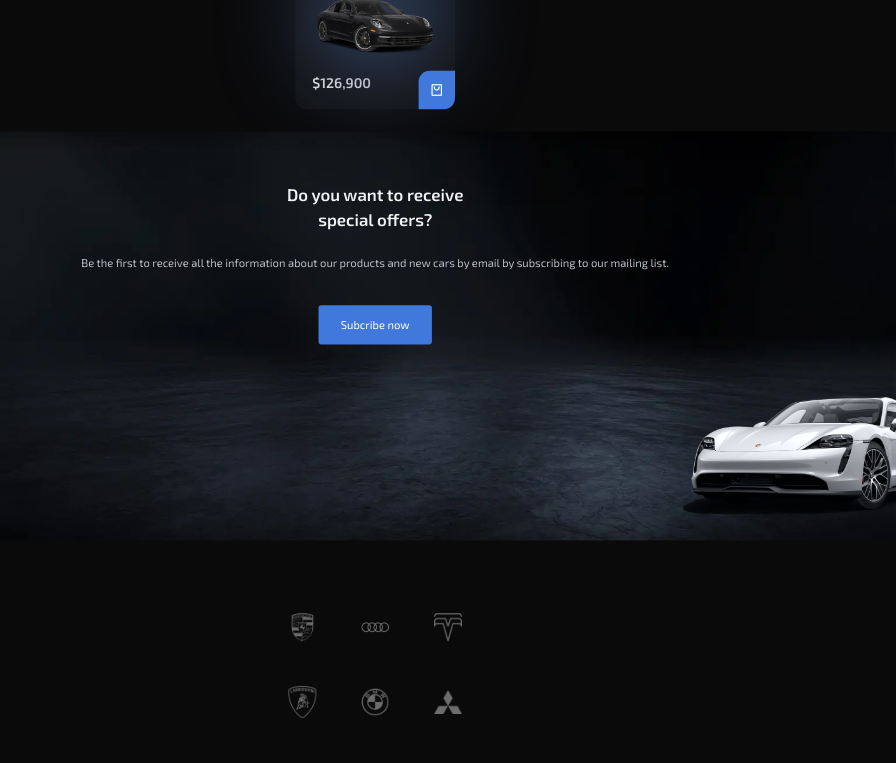
Repository: theweirdboiz/Car-rental
Page: index.html
The author's editor kept a copy of each file at every save. The page is drawn from the files as they stood at one save, then again after the next save.
The browser window is 1280 px wide. The pictures show the part of the page from y = 4250 to 6170 px (the page is 5340 px tall before and 6170 px after), at 70% of full size.

Above is the page before, as saved 2022-08-27 20:07:45.

### index.html
<!DOCTYPE html>
<html lang="en">
  <head>
    <meta charset="UTF-8" />
    <meta http-equiv="X-UA-Compatible" content="IE=edge" />
    <meta name="viewport" content="width=device-width, initial-scale=1.0" />
    <!-- FAVICON -->
    <link
      rel="shortcut icon"
      href="./assets/img/favicon.png"
      type="image/x-icon"
    />
    <!-- REMIX ICON -->
    <link
      href="https://cdn.jsdelivr.net/npm/remixicon@2.5.0/fonts/remixicon.css"
      rel="stylesheet"
    />
    <title>Car rental website</title>
    <!-- SWIPER CSS -->
    <link rel="stylesheet" href="./assets/css/swiper-bundle.min.css" />
    <link rel="stylesheet" href="./assets/css/main.css" />
  </head>
  <body>
    <header class="header" id="header">
      <nav class="nav container">
        <a href="" class="nav__logo">
          <i class="ri-steering-line"></i>
          Elcar
        </a>
        <div class="nav__menu" id="nav__menu">
          <ul class="nav__list">
            <li class="nav__item">
              <a href="#home" class="nav__link">Home</a>
            </li>
            <li class="nav__item">
              <a href="#about" class="nav__link">About</a>
            </li>
            <li class="nav__item">
              <a href="#popular" class="nav__link">Popular</a>
            </li>
            <li class="nav__item">
              <a href="#featured" class="nav__link">Featured</a>
            </li>
          </ul>
          <div class="nav__close" id="nav__close">
            <i class="ri-close-line"></i>
          </div>
        </div>
        <!-- Toggle button -->
        <div class="nav__toggle" id="nav__toggle">
          <i class="ri-menu-line"></i>
        </div>
      </nav>
    </header>
    <main class="main">
      <!-- Home -->
      <section class="home section" id="home">
        <div class="shape shape__big"></div>
        <div class="shape shape__small"></div>
        <div class="home__container container grid">
          <div class="home__data">
            <h1 class="home__title">Choose the best car</h1>
            <h2 class="home__subtitle">Porsche mission e</h2>
            <h3 class="home__elec">
              <i class="ri-flashlight-fill"></i>
              Electric car
            </h3>
          </div>
          <img src="./assets/img/home.png" alt="" class="home__img" />
          <div class="home__car">
            <div class="home__car-data">
              <div class="home__car-icon">
                <i class="ri-temp-cold-line"></i>
              </div>
              <h2 class="home__car-number">24</h2>
              <h3 class="home__car-name">Temperature</h3>
            </div>
            <div class="home__car-data">
              <div class="home__car-icon">
                <i class="ri-dashboard-3-line"></i>
              </div>
              <h2 class="home__car-number">873</h2>
              <h3 class="home__car-name">mileage</h3>
            </div>
            <div class="home__car-data">
              <div class="home__car-icon">
                <i class="ri-flashlight-fill"></i>
              </div>
              <h2 class="home__car-number">94%</h2>
              <h3 class="home__car-name">battery</h3>
            </div>
          </div>
          <a href="#" class="home__button">Start</a>
        </div>
      </section>
      <section class="about section" id="about">
        <div class="about__container container grid">
          <div class="about__group">
            <img src="./assets/img/about.png" alt="" class="about__img" />
            <div class="about__card">
              <h3 class="about__card-title">2500+</h3>
              <p class="about__card-description">
                Supercharges placed along popular routes
              </p>
            </div>
          </div>
          <div class="about__data">
            <h2 class="section__title about__title">
              Machines with <br />
              future technology
            </h2>
            <p class="about__description">
              See the future with high-performance electric cars produced by
              renowned brands. They feature futuristic builds and designs with
              new and innovative platforms that last a long time.
            </p>
            <a class="button">Know more</a>
          </div>
        </div>
      </section>
      <section class="popular section" id="popular">
        <h2 class="section__title">
          Choose your electric car <br />
          of the porsche brand
        </h2>
        <div class="popular__container container swiper">
          <div class="swiper-wrapper">
            <article class="popular__card swiper-slide">
              <div class="shape shape__smaller"></div>
              <h1 class="popular__title">Porsche</h1>
              <h3 class="popular__subtitle">Turbo S</h3>
              <img
                src="./assets/img/popular1.png"
                alt=""
                class="popular__img"
              />
              <div class="popular__data">
                <div class="popular__data-group">
                  <i class="ri-dashboard-3-line"></i> 3.7 sec
                </div>
                <div class="popular__data-group">
                  <i class="ri-funds-box-line"></i> 356 km/h
                </div>
                <div class="popular__data-group">
                  <i class="ri-charging-pile-2-line"></i> electric
                </div>
              </div>
              <h3 class="popular__price">$175,900</h3>
              <button class="button popular__button">
                <i class="ri-shopping-bag-2-line"></i>
              </button>
            </article>
            <article class="popular__card swiper-slide">
              <div class="shape shape__smaller"></div>
              <h1 class="popular__title">Porsche</h1>
              <h3 class="popular__subtitle">Taycan</h3>
              <img
                src="./assets/img/popular2.png"
                alt=""
                class="popular__img"
              />
              <div class="popular__data">
                <div class="popular__data-group">
                  <i class="ri-dashboard-3-line"></i> 3.7 sec
                </div>
                <div class="popular__data-group">
                  <i class="ri-funds-box-line"></i> 356 km/h
                </div>
                <div class="popular__data-group">
                  <i class="ri-charging-pile-2-line"></i> electric
                </div>
              </div>
              <h3 class="popular__price">$114,900</h3>
              <button class="button popular__button">
                <i class="ri-shopping-bag-2-line"></i>
              </button>
            </article>
            <article class="popular__card swiper-slide">
              <div class="shape shape__smaller"></div>
              <h1 class="popular__title">Porsche</h1>
              <h3 class="popular__subtitle">Turbo S Cross</h3>
              <img
                src="./assets/img/popular3.png"
                alt=""
                class="popular__img"
              />
              <div class="popular__data">
                <div class="popular__data-group">
                  <i class="ri-dashboard-3-line"></i> 3.7 sec
                </div>
                <div class="popular__data-group">
                  <i class="ri-funds-box-line"></i> 356 km/h
                </div>
                <div class="popular__data-group">
                  <i class="ri-charging-pile-2-line"></i> electric
                </div>
              </div>
              <h3 class="popular__price">$150,900</h3>
              <button class="button popular__button">
                <i class="ri-shopping-bag-2-line"></i>
              </button>
            </article>
            <article class="popular__card swiper-slide">
              <div class="shape shape__smaller"></div>
              <h1 class="popular__title">Porsche</h1>
              <h3 class="popular__subtitle">Boxster 718</h3>
              <img
                src="./assets/img/popular4.png"
                alt=""
                class="popular__img"
              />
              <div class="popular__data">
                <div class="popular__data-group">
                  <i class="ri-dashboard-3-line"></i> 3.7 sec
                </div>
                <div class="popular__data-group">
                  <i class="ri-funds-box-line"></i> 356 km/h
                </div>
                <div class="popular__data-group">
                  <i class="ri-charging-pile-2-line"></i> electric
                </div>
              </div>
              <h3 class="popular__price">$125,900</h3>
              <button class="button popular__button">
                <i class="ri-shopping-bag-2-line"></i>
              </button>
            </article>
            <article class="popular__card swiper-slide">
              <div class="shape shape__smaller"></div>
              <h1 class="popular__title">Porsche</h1>
              <h3 class="popular__subtitle">Cayman</h3>
              <img
                src="./assets/img/popular1.png"
                alt=""
                class="popular__img"
              />
              <div class="popular__data">
                <div class="popular__data-group">
                  <i class="ri-dashboard-3-line"></i> 3.7 sec
                </div>
                <div class="popular__data-group">
                  <i class="ri-funds-box-line"></i> 356 km/h
                </div>
                <div class="popular__data-group">
                  <i class="ri-charging-pile-2-line"></i> electric
                </div>
              </div>
              <h3 class="popular__price">$128,900</h3>
              <button class="button popular__button">
                <i class="ri-shopping-bag-2-line"></i>
              </button>
            </article>
          </div>
          <div class="swiper-pagination"></div>
        </div>
      </section>
      <section class="features section" id="features>
        <div class="features__container container grid">
          <h2 class="features__title">More features</h2>
          <div class="features__group">
            <img src="./assets/img/features.png" alt="" class="features__img" />
            <div class="features__card features__card-1">
              <h3 class="features__card-title">800v</h3>
              <p class="features__card-description">Turbo <br> Chargin</p></p>
            </div>
            <div class="features__card features__card-2">
              <h3 class="features__card-title">350</h3>
              <p class="features__card-description">Km <br> Range</p>
            </div>
            <div class="features__card features__card-3">
              <h3 class="features__card-title">480</h3>
              <p class="features__card-description">Km <br> Travel</p>
            </div>
          </div>
        </div>
        <img src="./assets/img/map.svg" alt="" class="features__map">
      </section>
      <section class="featured section" id="featured">
        <h2 class="section__title">
          featured luxury cars
        </h2>
        <div class="featured__container container">
          <ul class="featured__filters">
            <li>
              <button class="featured__item active-featured" data-filter="all">
                <span>All</span>
              </button>
            </li>
            <li>
              <button class="featured__item" data-filter=".tesla">
                <img src="./assets/img/logo3.png" alt="">
              </button>
            </li>
            <li>
              <button class="featured__item" data-filter=".audi">
                <img src="./assets/img/logo2.png" alt="">

              </button>
            </li>
            <li>
              <button class="featured__item" data-filter=".porsche">
                <img src="./assets/img/logo1.png" alt="">

              </button>
            </li>
          </ul>
          <div class="featured__content grid">
            <article class="featured__card mix tesla">
              <div class="shape shape__smaller"></div>
              <h1 class="featured__title">Tesla</h1>
              <h3 class="featured__subtitle">Model X</h3>
              <img src="./assets/img/featured1.png" alt="" class="featured__img">
              <h3 class="featured__price">$98,900</h3>
              <button class="button featured__button">
                <i class="ri-shopping-bag-2-line"></i>
              </button>
            </article>
            <article class="featured__card mix tesla">
              <div class="shape shape__smaller"></div>
              <h1 class="featured__title">Tesla</h1>
              <h3 class="featured__subtitle">Model 3</h3>
              <img src="./assets/img/featured2.png" alt="" class="featured__img">
              <h3 class="featured__price">$45,900</h3>
              <button class="button featured__button">
                <i class="ri-shopping-bag-2-line"></i>
              </button>
            </article>
            <article class="featured__card mix audi">
              <div class="shape shape__smaller"></div>
              <h1 class="featured__title">Audi</h1>
              <h3 class="featured__subtitle">E-tro</h3>
              <img src="./assets/img/featured3.png" alt="" class="featured__img">
              <h3 class="featured__price">$175,900</h3>
              <button class="button featured__button">
                <i class="ri-shopping-bag-2-line"></i>
              </button>
            </article>
            <article class="featured__card mix porsche">
              <div class="shape shape__smaller"></div>
              <h1 class="featured__title">Porsche</h1>
              <h3 class="featured__subtitle">Boxster 987</h3>
              <img src="./assets/img/featured4.png" alt="" class="featured__img">
              <h3 class="featured__price">$126,900</h3>
              <button class="button featured__button">
                <i class="ri-shopping-bag-2-line"></i>
              </button>
            </article>
            <article class="featured__card mix porsche">
              <div class="shape shape__smaller"></div>
              <h1 class="featured__title">Porsche</h1>
              <h3 class="featured__subtitle">Panamera</h3>
              <img src="./assets/img/featured5.png" alt="" class="featured__img">
              <h3 class="featured__price">$126,900</h3>
              <button class="button featured__button">
                <i class="ri-shopping-bag-2-line"></i>
              </button>
            </article>
          </div>
        </div>
      </section>
      <section class="offer section">
        <div class="offer__container container grid">
          <img src="./assets/img/offer-bg.png" alt="" class="offer__bg">
          <div class="offer__data">
            <h2 class="section__title offer__title">
              Do you want to receive <br> special offers?
            </h2>
            <p class="offer__description">
              Be the first to receive all the information about our
              products and new cars by email by subscribing to our
              mailing list.
            </p>
            <a href="" class="button">Subcribe now</a>
          </div>
          <img src="./assets/img/offer.png" alt="" class="offer__img">
        </div>
      </section>
      <section class="logos section">
        <div class="logos__container container grid">
          <div class="logos__content">
            <img src="./assets/img/logo1.png" alt="" class="logos__img">
          </div>
          <div class="logos__content">
            <img src="./assets/img/logo2.png" alt="" class="logos__img">
          </div>
          <div class="logos__content">
            <img src="./assets/img/logo3.png" alt="" class="logos__img">
          </div>
          <div class="logos__content">
            <img src="./assets/img/logo4.png" alt="" class="logos__img">
          </div>
          <div class="logos__content">
            <img src="./assets/img/logo5.png" alt="" class="logos__img">
          </div>
          <div class="logos__content">
            <img src="./assets/img/logo6.png" alt="" class="logos__img">
          </div>
        </div>
      </section>
    </main>
    <footer class="footer"></footer>
    <!-- SWIPER JS -->
    <script src="./assets/js/swiper-bundle.min.js"></script>
    <!-- MIXITUP JS -->
    <script src="./assets/js/mixitup.min.js"></script>
    <script src="./assets/js/main.js"></script>
  </body>
</html>

Loaded but not shown: assets/css/swiper-bundle.min.css (library); assets/js/swiper-bundle.min.js (library); assets/js/mixitup.min.js (library); assets/js/main.js (74 lines, source omitted); assets/css/main.css (684 lines, source omitted)

After the next save:
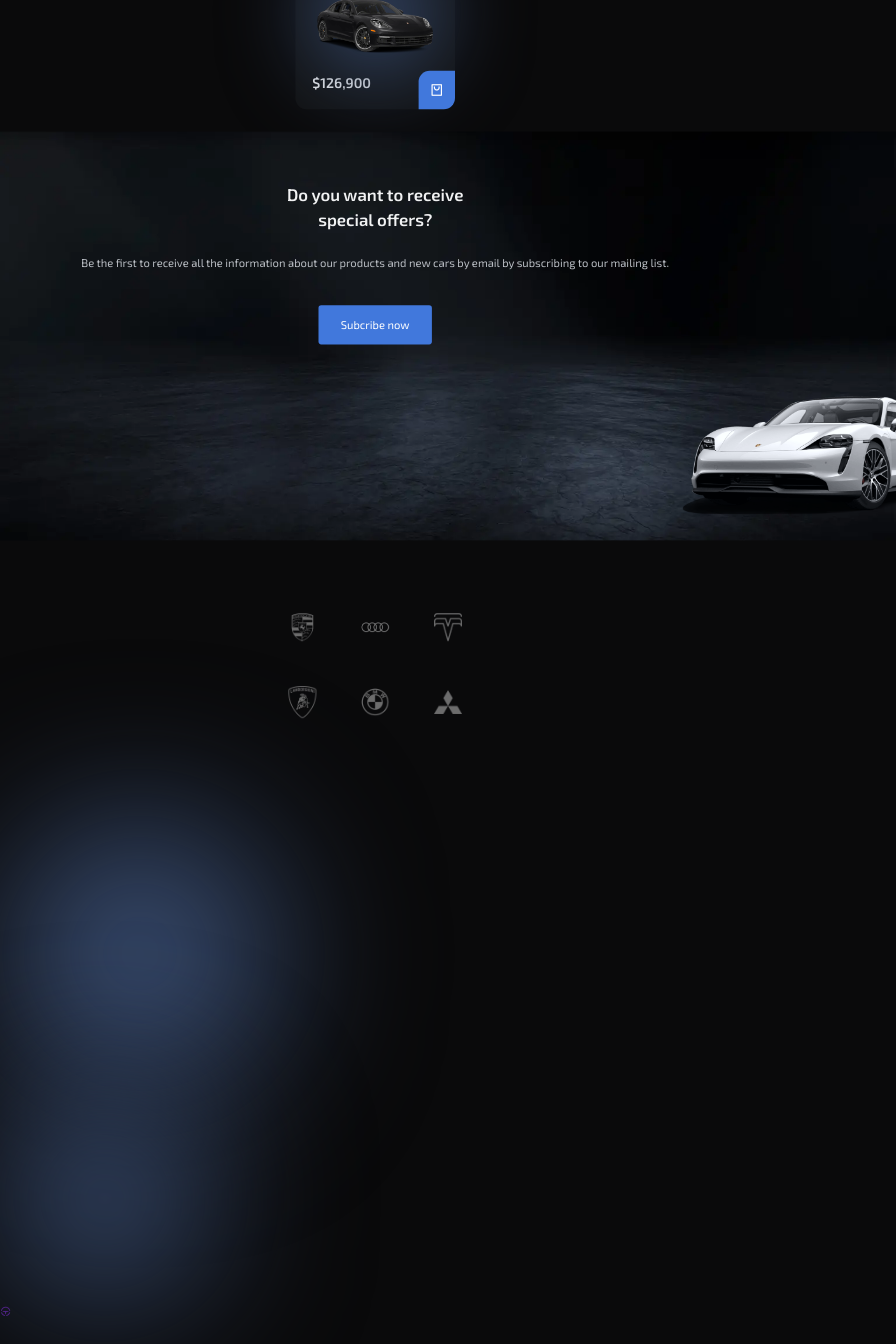
Saved 2 h 36 min later.
--- a/index.html
+++ b/index.html
@@ -398,7 +398,17 @@
         </div>
       </section>
     </main>
-    <footer class="footer"></footer>
+    <footer class="footer section">
+        <div class="shape shape__big"></div>
+        <div class="shape shape__small"></div>
+        <div class="footer__container grid">
+          <div class="footer__content">
+            <a href="" class="footer__logo">
+              <i class="ri-steering-line"></i>
+            </a>
+          </div>
+        </div>
+    </footer>
     <!-- SWIPER JS -->
     <script src="./assets/js/swiper-bundle.min.js"></script>
     <!-- MIXITUP JS -->
